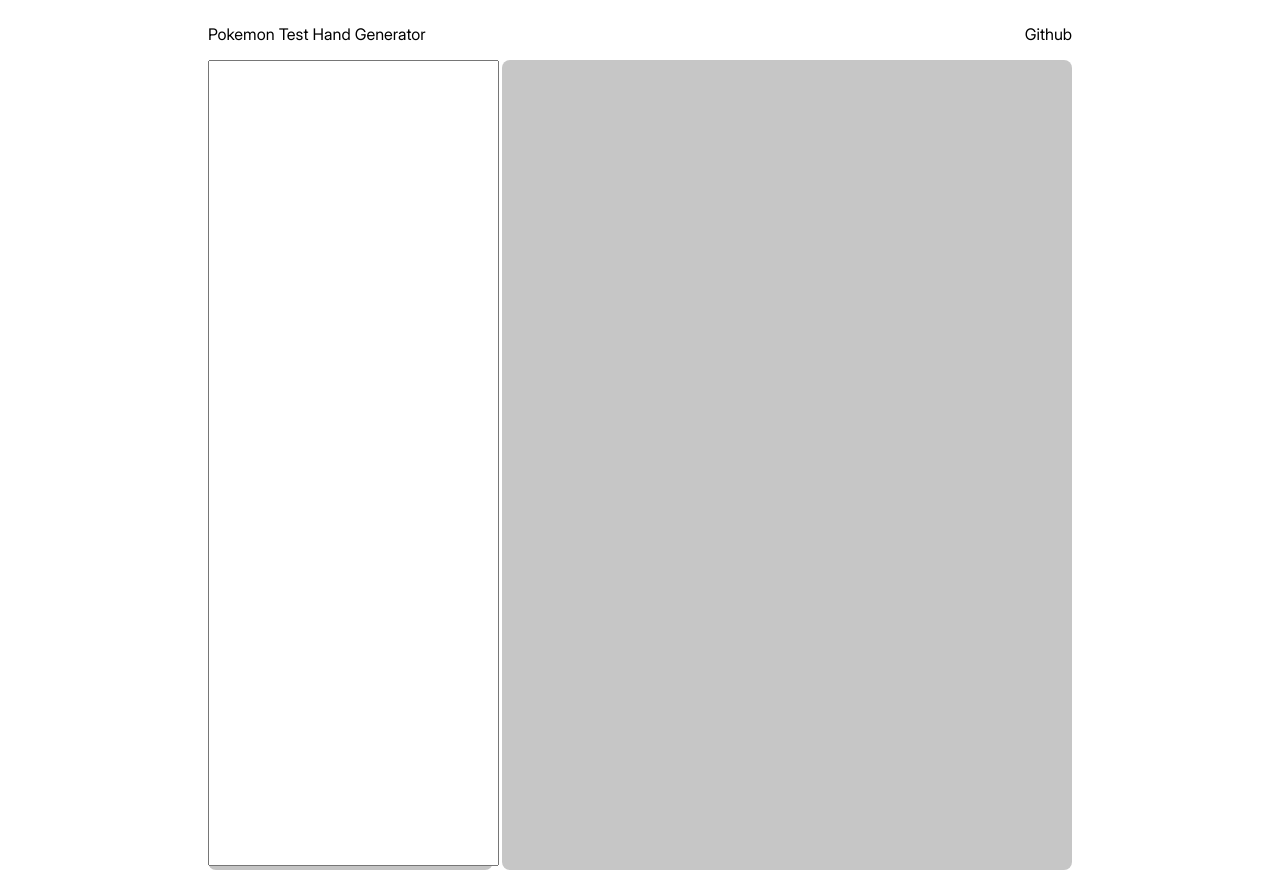
Repository: danielj1415/test-hand-simulator
Page: /
An editor plug-in stored every save of this project. The page is shown before and after a run of saves, followed by the edit.
The browser window is 1280 px wide. The pictures show the whole page.
The project was rebuilt for these pictures with package versions that can differ from the ones it lists, and the page was loaded fresh each time. Also part of the build but not shown: vite.config.ts, src/index.css.

Above is the page before, as saved 2024-10-30 17:52:19.

After the next 3 saves:
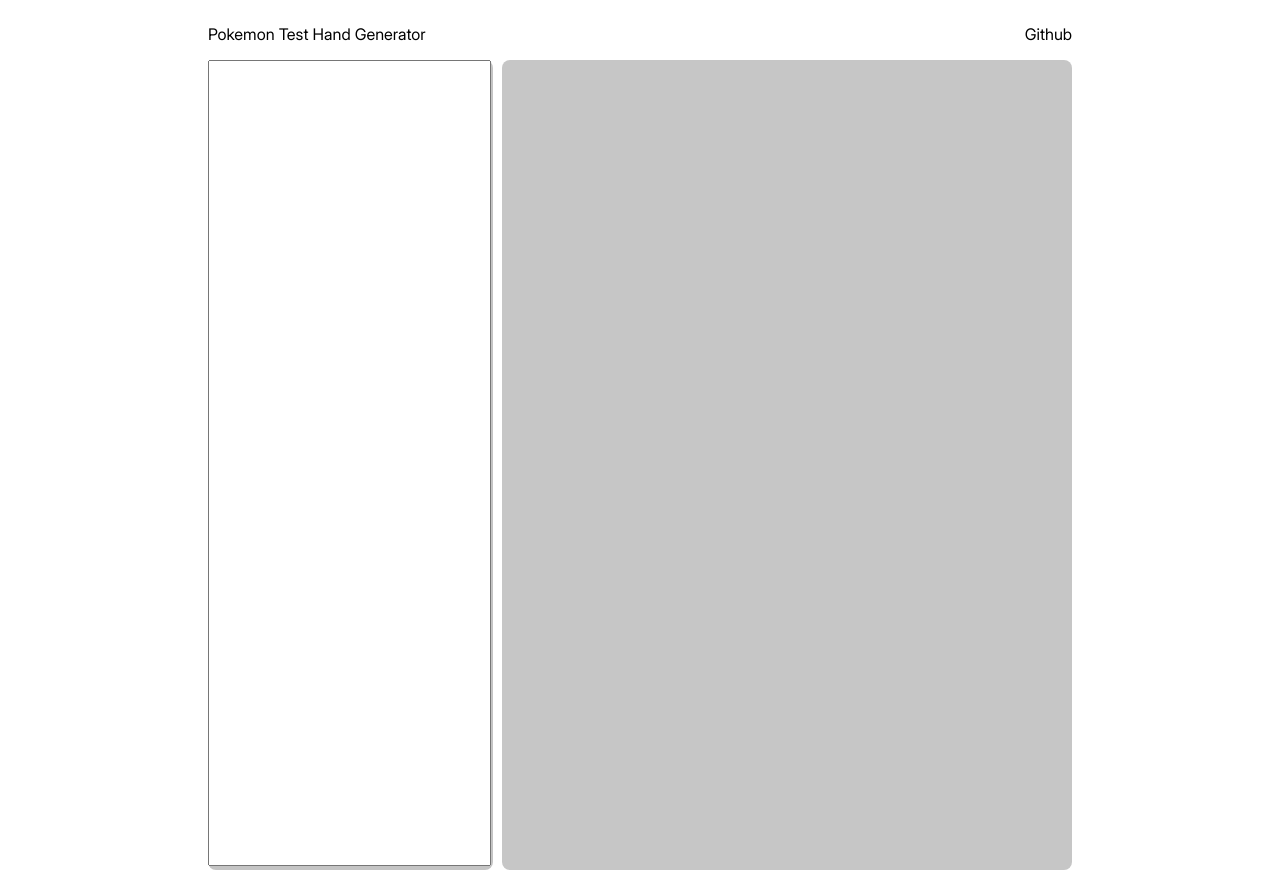
The 3 saves are shown as one change because they came seconds apart.
The last was saved 9 s later.
--- a/src/App.css
+++ b/src/App.css
@@ -41,7 +41,7 @@ input{
 }
 
 .deckInputDiv{
-  width: 100%;
+  width: 97%;
   height: 800px;
   resize: none;
 }
